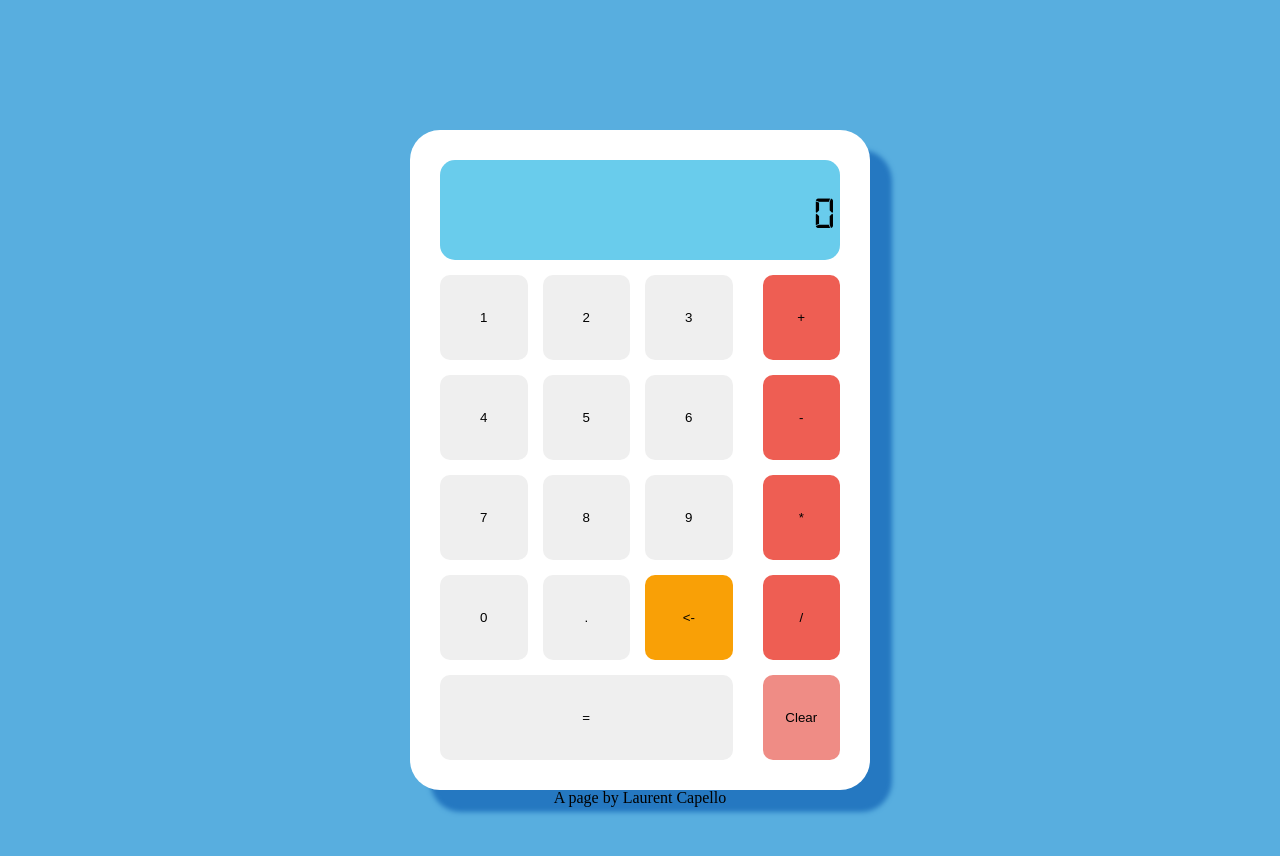
Repository: sokafootball/js-calculator
Page: index.html
These files come from the project's save history. The page is drawn as it stood at one moment and after the next save; the edit follows.
The browser window is 1280 px wide. The pictures show the whole page.

Above is the page before, as saved 2020-05-06 20:34:28.

After the next save:
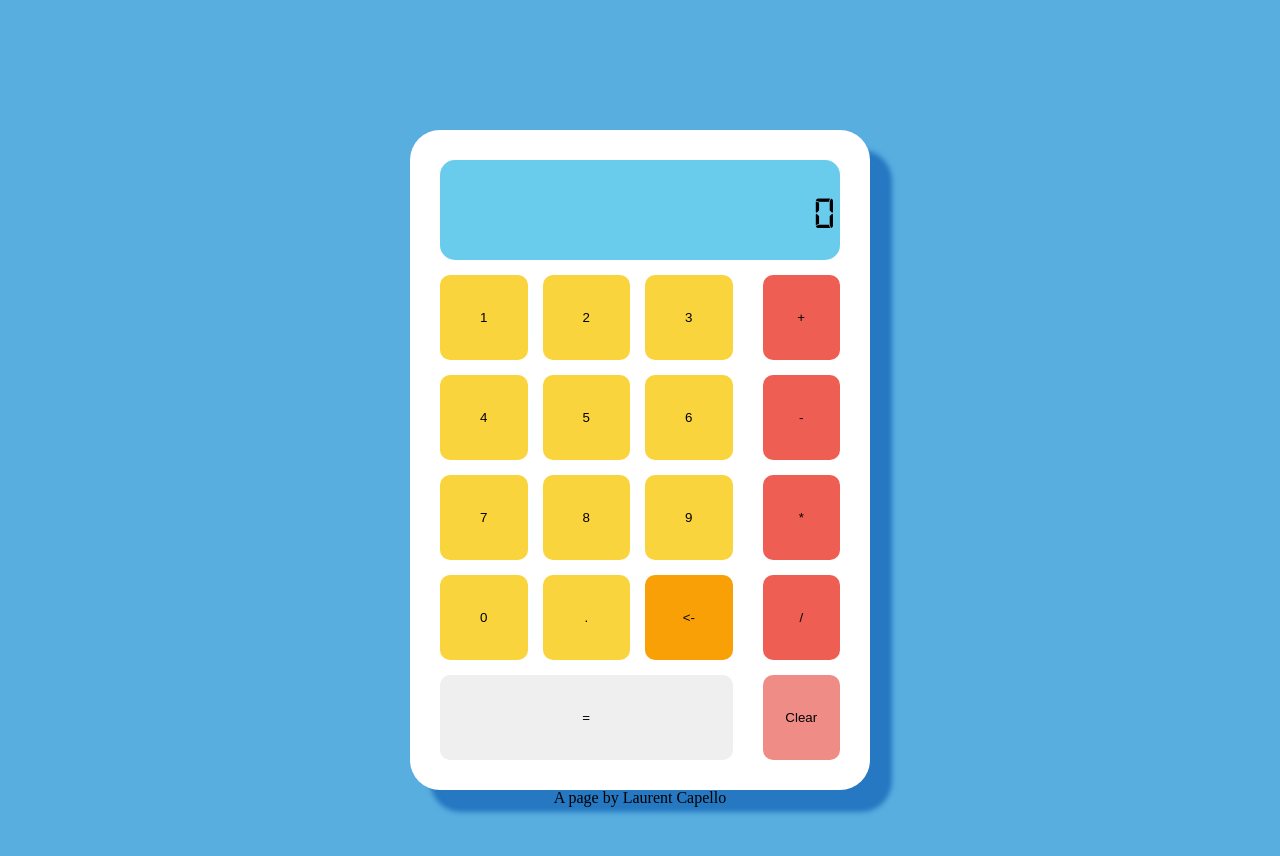
Saved 7 s later.
--- a/style.css
+++ b/style.css
@@ -89,7 +89,7 @@ body{
   grid-template-rows: repeat(4, 1fr);
 }
 
-.num-button#decimal-button{
+.num-button, #decimal-button{
   background-color: hsl(48, 95%, 61%);
 }
 /*
